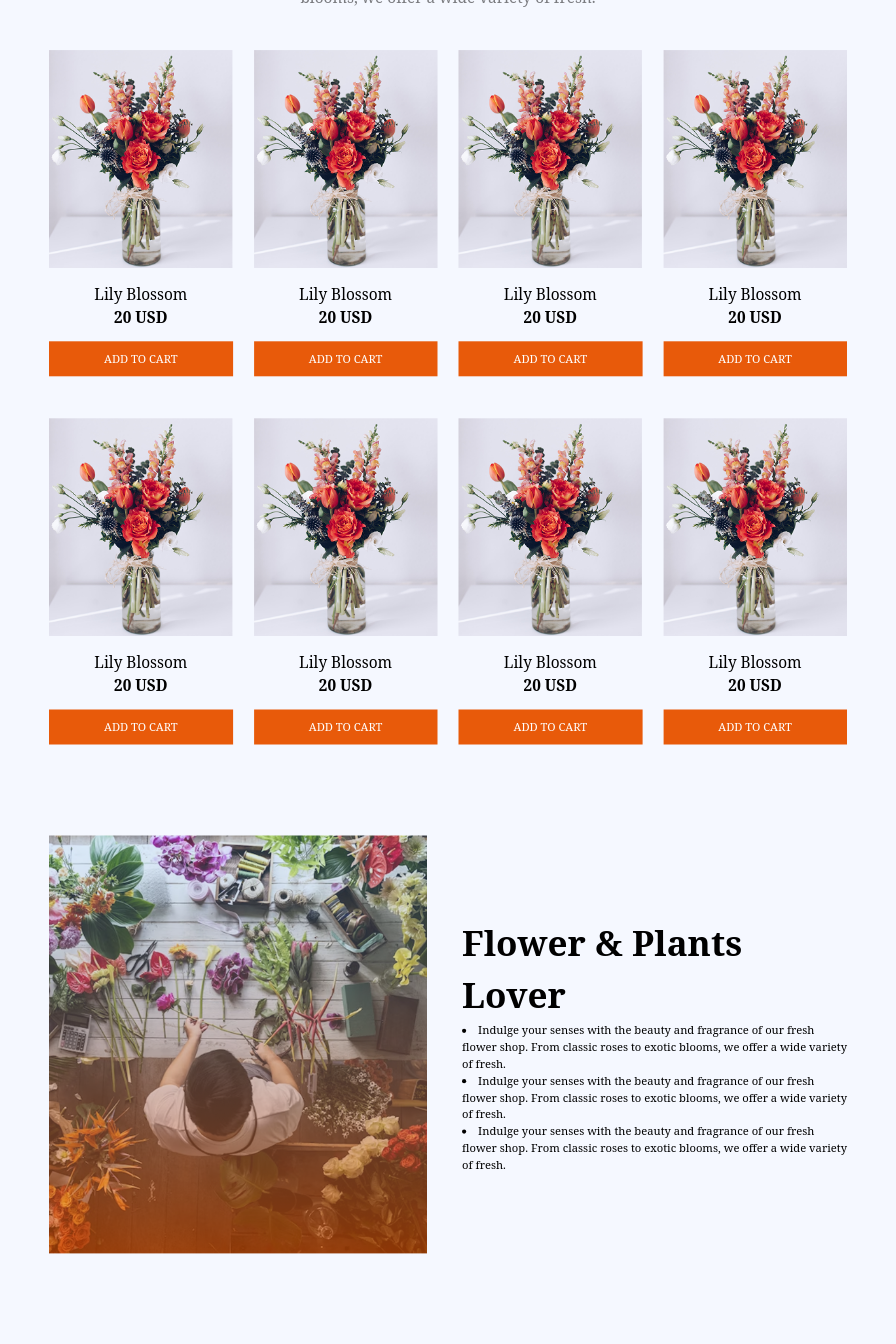
Repository: nahid-hasann/website-7
Page: index.html
These files come from the project's save history. The page is drawn as it stood at one moment and after the next save; the edit follows.
The browser window is 1280 px wide. The pictures show the part of the page from y = 962 to 2882 px (the page is 2882 px tall), at 70% of full size.
Some web libraries are served in a nearby version.

Above is the page before, as saved 2025-07-24 13:00:55.

### index.html
<!DOCTYPE html>
<html lang="en">
<head>
    <meta charset="UTF-8">
    <meta name="viewport" content="width=device-width, initial-scale=1.0">
     <script src="https://cdn.jsdelivr.net/npm/@tailwindcss/browser@4"></script>
    <title> website-7 </title>
    <link rel="stylesheet" href="style.css">
    <link rel="stylesheet" href="https://cdnjs.cloudflare.com/ajax/libs/font-awesome/7.0.0/css/all.min.css" integrity="sha512-DxV+EoADOkOygM4IR9yXP8Sb2qwgidEmeqAEmDKIOfPRQZOWbXCzLC6vjbZyy0vPisbH2SyW27+ddLVCN+OMzQ==" crossorigin="anonymous" referrerpolicy="no-referrer" />
   <link rel="preconnect" href="https://fonts.googleapis.com">
<link rel="preconnect" href="https://fonts.gstatic.com" crossorigin>
<link href="https://fonts.googleapis.com/css2?family=Noto+Serif:ital,wght@0,100..900;1,100..900&display=swap" rel="stylesheet">
</head>
<body class="noto-serif-nahid">


    <header>
        <nav>
            <div class="nav-logo">
                <img src="assets/logo.png" alt="">
            </div>
            <div class="nav-menu">
                <ul>
                    <li class="ul-li" style="color: black; font-weight: bold;">Home</li>
                    <li class="ul-li" >Shop</li>
                    <li class="ul-li" >About us</li>
                    <li class="last-li" style="color: black;"><i class="fa-solid fa-cart-shopping"></i>Cart ($56)</li>
                </ul>
            </div>
        </nav>
    </header>

    <main>

        <section class="banner">
            <div class="banner-section">
                <div class="banner-description">
                    <h1>ALWAYS <span style="color: #e85a0a;">FRESH <br> FLOWERS</span></h1>
                    <p>Indulge your senses with the beauty and fragrance of our fresh flower shop. From classic roses to exotic blooms, we offer a wide variety of fresh flowers that are perfect for any occasion.  </p>
                </div>
                <div class="banner-img">
                    <img src="assets/hero-flower.png" alt="">
                </div>
            </div>
        </section>

        <section class="plants-section">
             <h1> <span style="color: #e85a0a;">Our</span> Plants</h1>
             <p>Indulge your senses with the beauty and fragrance of our fresh flower shop. From classic roses to exotic blooms, we offer a wide variety of fresh.</p>
             <div class="plants-card">
                <div class="card">
                    <img src="assets/sample-flower-image.png" alt="">
                    <h4>Lily Blossom</h4>
                    <h2>20 USD</h2>
                    <button class="btn">ADD TO CART</button>
                </div>
                 <div class="card">
                    <img src="assets/sample-flower-image.png" alt="">
                    <h4>Lily Blossom</h4>
                    <h2>20 USD</h2>
                    <button class="btn">ADD TO CART</button>
                </div>
                 <div class="card">
                    <img src="assets/sample-flower-image.png" alt="">
                    <h4>Lily Blossom</h4>
                    <h2>20 USD</h2>
                    <button class="btn">ADD TO CART</button>
                </div>
                 <div class="card">
                    <img src="assets/sample-flower-image.png" alt="">
                    <h4>Lily Blossom</h4>
                    <h2>20 USD</h2>
                    <button class="btn">ADD TO CART</button>
                </div>
                 <div class="card">
                    <img src="assets/sample-flower-image.png" alt="">
                    <h4>Lily Blossom</h4>
                    <h2>20 USD</h2>
                    <button class="btn">ADD TO CART</button>
                </div>
                 <div class="card">
                    <img src="assets/sample-flower-image.png" alt="">
                    <h4>Lily Blossom</h4>
                    <h2>20 USD</h2>
                    <button class="btn">ADD TO CART</button>
                </div>
                 <div class="card">
                    <img src="assets/sample-flower-image.png" alt="">
                    <h4>Lily Blossom</h4>
                    <h2>20 USD</h2>
                    <button class="btn">ADD TO CART</button>
                </div>
                 <div class="card">
                    <img src="assets/sample-flower-image.png" alt="">
                    <h4>Lily Blossom</h4>
                    <h2>20 USD</h2>
                    <button class="btn">ADD TO CART</button>
                </div>
             </div>
        </section>

        <section class="plants-lover-section">
            <div class="plants-lover-div">
                <div class="plants-lover-img">
                <img src="assets/flower-store.png" alt="">
            </div>
            <div class="plants-lover-content">
                <h1>Flower & Plants Lover</h1>
                <or>
                    <li>Indulge your senses with the beauty and fragrance of our fresh flower shop. From classic roses to exotic blooms, we offer a wide variety of fresh.</li>
                    <li>Indulge your senses with the beauty and fragrance of our fresh flower shop. From classic roses to exotic blooms, we offer a wide variety of fresh.</li>
                    <li>Indulge your senses with the beauty and fragrance of our fresh flower shop. From classic roses to exotic blooms, we offer a wide variety of fresh.</li>
                </or>
            </div>
            </div>
        </section>

    </main>




</body>
</html>

### style.css


*{
    margin: 0;
    padding: 0;
    box-sizing: border-box;
}


.noto-serif-nahid {
  font-family: "Noto Serif", serif;
  font-optical-sizing: auto;
  font-style: normal;
  font-variation-settings:
    "wdth" 100;
}

body{
    background-color: #f5f8ff;
}



/* header suru  */

header{
   margin: 20px auto;
   max-width: 1140px;
}

nav{
    display: flex;
    justify-content: space-between;
    align-items: center;
}

.nav-logo img{
    width: 100%;
}

.nav-menu ul{
     display: flex;
     gap: 30px;
     align-items: center;
     justify-content: center;
     margin: auto 0;
}

.nav-menu ul li{
    color: rgba(137, 135, 161, 1);
    font-weight: 400;
}


/* header sesh  */

/* banner-section  */

.banner{
    margin: 230px auto 130px auto;
    max-width: 1140px;

}

.banner-section{
     display: flex;
     align-items: end;
     justify-content: center;
}

.banner-description h1{
    font-size: 65px;
    font-weight: 800;

}

.banner-description p{
    font-size: 22px;
    color: #7b7c80;
}

.banner-img img{
    max-width: 570px;
}

/* banner-section  */

/* plants-section suru */

.plants-section{
    width: 1140px;
    margin: 130px auto;
}

.plants-section h1{
    text-align: center;
    font-size: 50px;
    margin-bottom: 14px;
    font-weight: 700;
}

.plants-card{
    display: grid;
    grid-template-columns: 1fr 1fr 1fr 1fr;
    gap: 30px;
    row-gap: 60px;
    margin-top: 60px;
}

.plants-section p{
    font-size: 22px;
    color: #7b7c80;
    text-align: center;
}

.card {
    display: flex;
    flex-direction: column;
    align-items: center;
    justify-content: center;
}

.card h4{
    font-size: 22px;
    font-weight: 300;
    margin-top: 18px;
}

.card h2{
    font-size: 22px;
    font-weight: 700;
    margin-bottom: 18px;
}

.btn{
    background-color: #e85a0a;
    width: 100%;
    padding: 13px 0;
    color: white;
}

/* plants-section sesh  */

/* plants-lover-section suru  */

.plants-lover-section{
    width: 1140px;
    margin: 130px auto;
}

.plants-lover-div{
     display: grid;
     grid-template-columns: 1fr 1fr;
    align-items: center;
    justify-content: center;
    gap: 40px;
}

.plants-lover-content h1{
     font-size: 50px;
     font-weight: 700;
}

.plants-lover-content ol li{
    font-size: 22px;
    color: #7b7c80;
}

/* plants-lover-section sesh  */


/* media screen  */

@media screen and (max-width:575px) {
    header{
        width: 100%;
    }

nav{
    margin:0 30px;

}

.nav-logo img{
    width: 63px;
}
    .ul-li{
        display: none;
    }

    .banner{
        max-width: 575px;
        margin-top: 70px ;
        margin-bottom: 70px;
    }

    .banner-section{
        flex-direction: column-reverse;

    }

    .banner-description{
        margin-left: 30px;
    }

    .banner-description h1{
    font-size: 24px;
}

.banner-description p{
    font-size: 14px;
}

.banner-img img{
    max-width: 400px;
    margin-bottom: 80px;
}

.plants-section{
    width: 100% ;
    padding: 0 20px ;
    margin: 70px 0;

}

.plants-card{
    display: grid;
    grid-template-columns: 1fr 1fr;
    gap: 20px;
    row-gap: 40px;
}

.plants-section h1{
    font-size: 24px;
}
.plants-section p{
    font-size: 14px;
}

.card h4{
    font-size: 15px;
}

.card h2{
    font-size: 15px;
}

.btn{
    font-size: 15px;
}

}

After the next save:
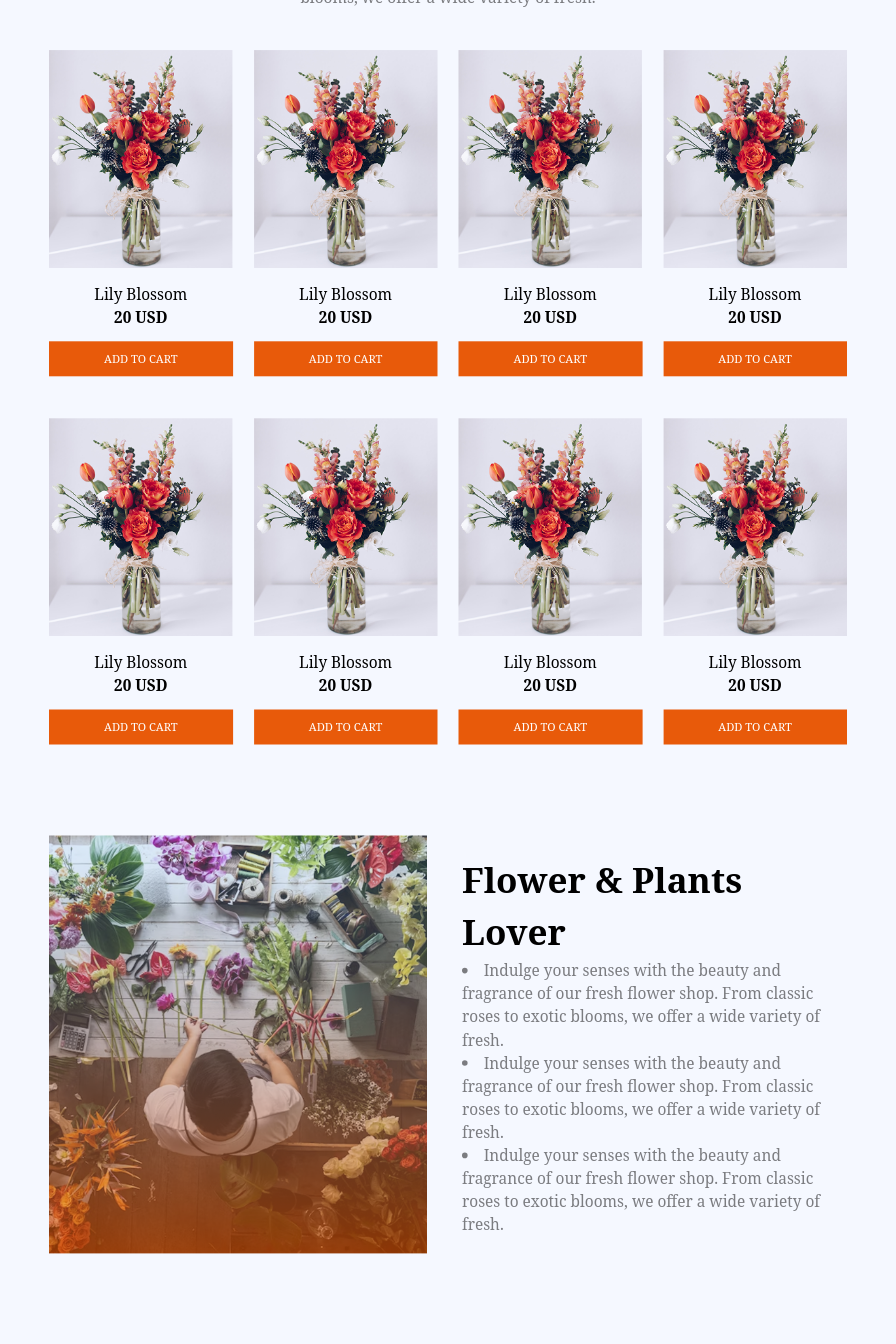
Saved 24 s later.
--- a/style.css
+++ b/style.css
@@ -161,7 +161,7 @@ nav{
      font-weight: 700;
 }
 
-.plants-lover-content ol li{
+.plants-lover-content or li{
     font-size: 22px;
     color: #7b7c80;
 }
